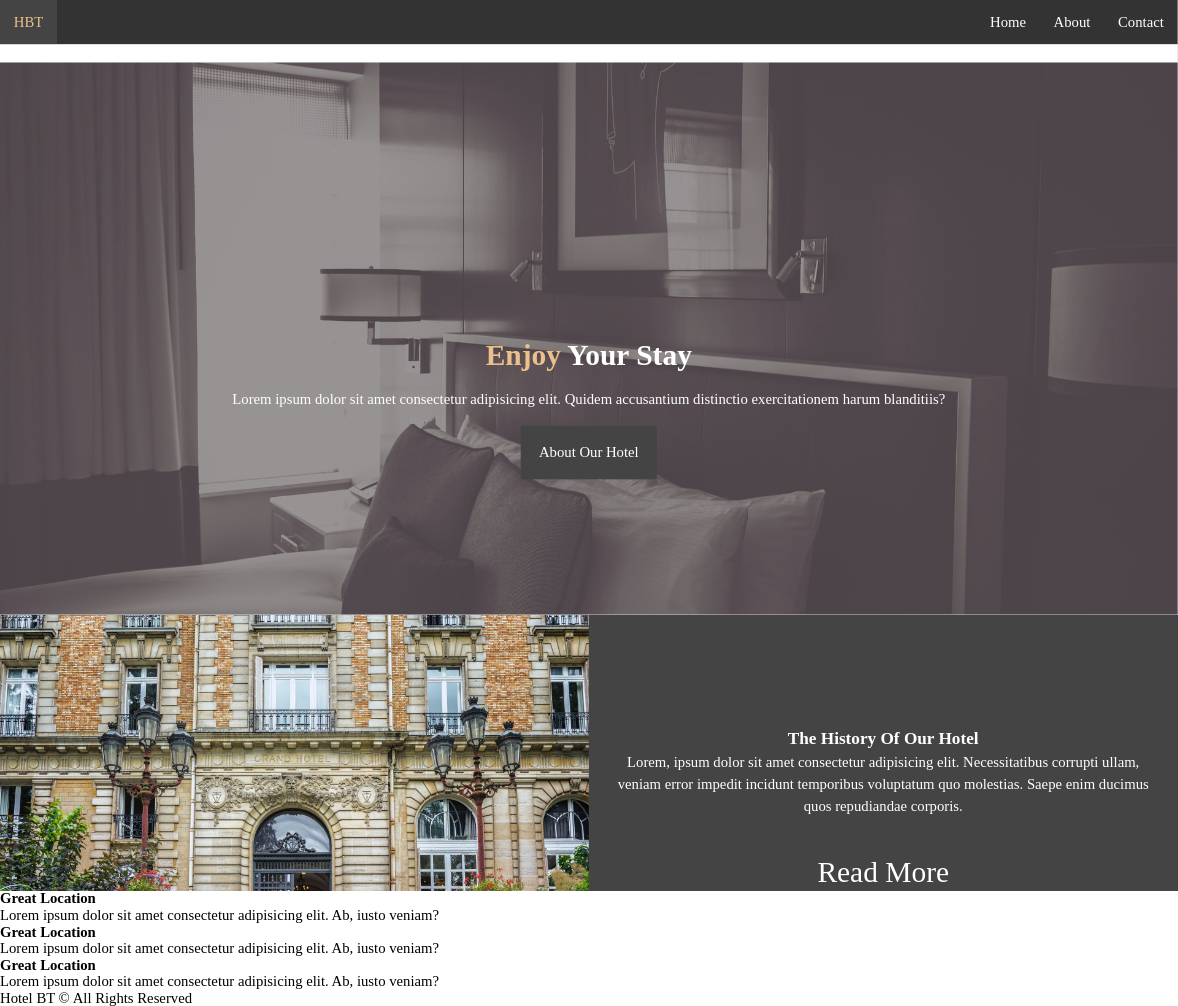
Repository: reemoon-ctrl/hotel-website
Page: 35 - hotel-website/index.html
The author's editor kept a copy of each file at every save. The page is drawn from the files as they stood at one save, then again after a run of saves.
The browser window is 1280 px wide. The pictures show the whole page, at 92% of full size.

Above is the page before, as saved 2024-07-21 12:35:32.

### 35 - hotel-website/index.html
<!DOCTYPE html>
<html lang="en">
<head>
    <meta charset="UTF-8">
    <meta name="viewport" content="width=device-width, initial-scale=1.0">
    <title>Document</title>
    <link rel="stylesheet" href="index.css"/>
</head>
<body>
    <header>
        <ul class="nav-bar">
            <li class="title"><a href="">HBT</a></li>
            <li class="bag-nav"><a href=" ">Contact</a></li>
            <li class="bag-nav"><a href="">About</a></li>
            <li class="bag-nav"><a href="">Home</a></li>
        </ul>

    </header>

    <header class="mainheader" >
        <div class="mainheadertxt">
            <h1><span class="fword">Enjoy</span> Your Stay</h1>
            <p>Lorem ipsum dolor sit amet
                consectetur adipisicing elit.
                Quidem accusantium distinctio
                exercitationem harum blanditiis?
            </p>
            <a href="#" >About Our Hotel</a>
        </div>
    </header>

    <main class="main-content">
        <img class="hotelimg"src="img\photo-1.jpg" alt="hotel-img">
        <div class="hotel-disc">
            <h3>The History Of Our Hotel</h3>
            <p>Lorem, ipsum dolor sit amet consectetur adipisicing elit. Necessitatibus corrupti ullam, veniam error impedit incidunt temporibus voluptatum quo molestias. Saepe enim ducimus quos repudiandae corporis.</p>
            <a href="">Read More</a>
        </div>

    </main>

    <aside class="aside-bar">
        <ul>
            <li><h4>Great Location</h4>
                <p>Lorem ipsum dolor sit amet consectetur adipisicing elit. Ab, iusto veniam?</p>
            </li>
            <li><h4>Great Location</h4>
                <p>Lorem ipsum dolor sit amet consectetur adipisicing elit. Ab, iusto veniam?</p>
            </li>
            <li><h4>Great Location</h4>
                <p>Lorem ipsum dolor sit amet consectetur adipisicing elit. Ab, iusto veniam?</p>
            </li>
        </ul>
    </aside>

    <footer>
        <p>Hotel BT &copy; All Rights Reserved</p>

    </footer>

</body>
</html>

### 35 - hotel-website/index.css
*{
    padding: 0px;
    margin: 0px;
    box-sizing: border-box;

}
.nav-bar{
    list-style:none;
    overflow: auto;
    /* clear:both; */
    background: #333333;
}
.title{
    float: left;
}
.bag-nav{
    float: right;
}
.nav-bar li a{
    text-decoration: none;
    padding: 15px;
    display: inline-block;
    color: #fff;
}
.nav-bar li a:hover{
    background: #444444;
    color:#ecc08a;
}

.mainheader{
     background-image: url("img/showcase.jpg")  ;
   /* background-size:cover;


    height: 600px; */


  background-color: #cccccc;
  height: 600px;
  background-position: center;
  background-repeat: no-repeat;
  background-size: cover;
  position: relative;
}
.mainheadertxt{
    margin: auto;
    top:50%;
    position:relative;
    text-align: center;
    margin-top: 20px;
    color:#fff;
}
.mainheadertxt h3{
    font-size:xx-large;

}

.mainheadertxt p{
    margin:20px;
}
.mainheadertxt a{
    position:relative;
    display: block;
    width: fit-content;
    background: #444444;
    text-decoration:none ;
    color: #fff;
    top:50%;
    margin:auto;


    padding: 20px;
}
.fword{
    color:#ecc08a
}
.main-content{
    width:100%;
    height:300px;
    overflow: auto;
    background: #444444;
    color: #fff;
}
.hotelimg{
    width:50%;
    float:left;
}
.hotel-disc{
    width:50%;
    float:right;
    text-align: center;
    margin-top:100px;
    line-height: 1.5;
    padding:20px;

}
.hotel-disc a{
    font-size: xx-large;
}
.hotel-disc a{
    position:relative;
    display: block;
    width: fit-content;

    text-decoration:none ;
    color: #fff;
    padding: 15px;
    margin:auto;
    margin-top: 20px;

}

After the next 2 saves:
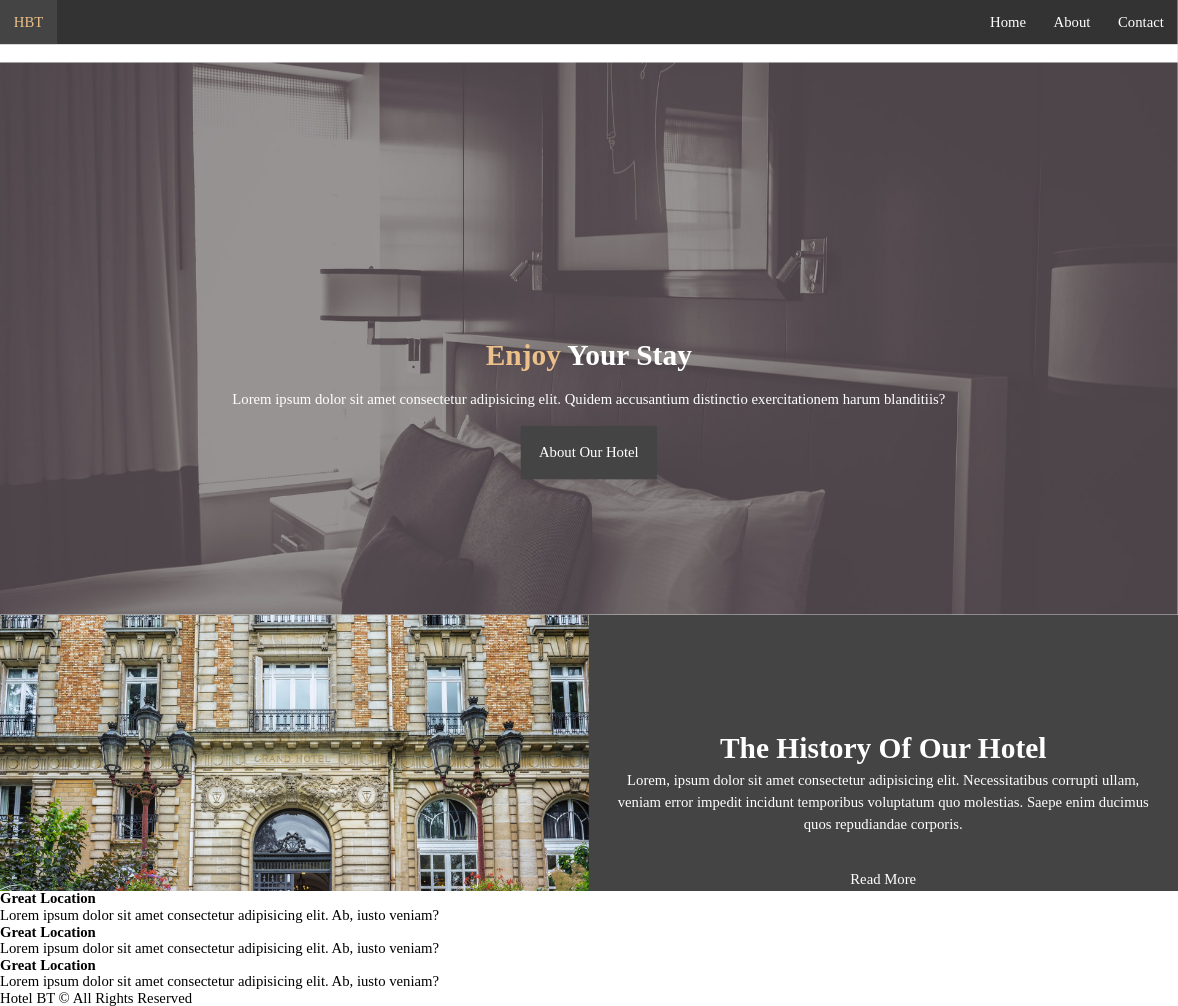
The 2 saves are shown as one change because they came seconds apart.
The last was saved 19 s later.
--- a/35 - hotel-website/index.css
+++ b/35 - hotel-website/index.css
@@ -94,7 +94,7 @@
     padding:20px;
 
 }
-.hotel-disc a{
+.hotel-disc h3{
     font-size: xx-large;
 }
 .hotel-disc a{
